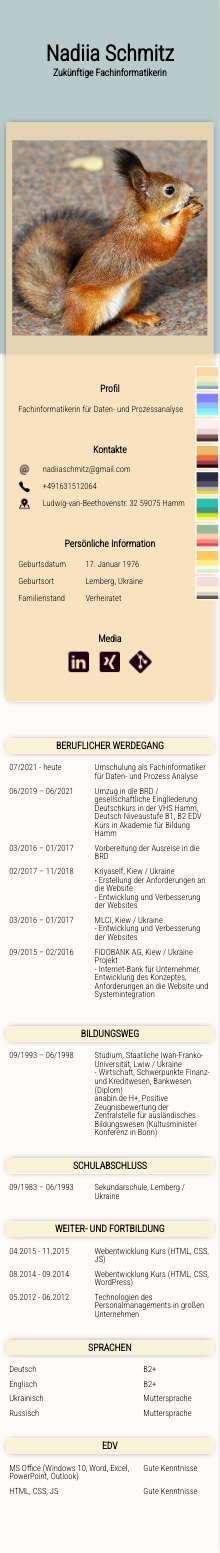
Repository: NadiaSchmitz/lebenslauf.nschmitz.githab.io
Page: index.html
The author's editor kept a record of every edit. The page is drawn from the files as they stood at one moment, then again after the next edit.
The browser window is 360 px wide. The pictures show the whole page, at 61% of full size.

Above is the page before.

### index.html
<!DOCTYPE html>
<html>

<head>
  <meta charset="utf-8" />
  <title>Lebenslauf Nadiia Schmitz</title>
  <link rel="stylesheet" href="./styles/reset.css" type="text/css" />
  <link rel="stylesheet" href="./styles/style.css" type="text/css" />
  <link rel="stylesheet" href="./styles/icons.css" type="text/css" />
  <meta name="viewport" content="width=device-width, initial-scale=1.0">
  <link rel="preconnect" href="https://fonts.googleapis.com">
  <link rel="preconnect" href="https://fonts.gstatic.com" crossorigin>
  <link href="https://fonts.googleapis.com/css2?family=Roboto+Condensed:wght@300&display=swap" rel="stylesheet">
  <link rel="shortcut icon" href="images/favicon.png" type="image/x-icon">
  <script src="https://ajax.googleapis.com/ajax/libs/jquery/2.2.0/jquery.min.js"></script>
  <script type="text/javascript" src="./js/colors.js"></script>
</head>

<body>
  <section class="wrapper">
    <section class="inner_wrapper">
      <div class="content_wrapper">
        <header class="header">
          <div class="header_text">
            <h1>Nadiia Schmitz</h1>
            <h2>Zukünftige Fachinformatikerin</h2>
          </div>
        </header>
        <div class="color_schema_buttons_wrapper">
          <div id="pistachios" class="color_schema_button pistachios" title="pistachios"></div>
          <div id="sea" class="color_schema_button sea" title="sea"></div>
          <div id="cappuchino" class="color_schema_button cappuchino" title="cappuchino"></div>
          <div id="autumn" class="color_schema_button autumn" title="autumn"></div>
          <div id="bvb" class="color_schema_button bvb" title="bvb"></div>
          <div id="lime" class="color_schema_button lime" title="lime"></div>
          <div id="summer" class="color_schema_button summer" title="summer"></div>
          <div id="sun" class="color_schema_button sun" title="sun"></div>
          <div id="pastel" class="color_schema_button pastel" title="pastel"></div>
        </div>
        <div class="lebenslauf_wrapper">
          <div class="sidebar sidebar_left">
            <div class="sidebar_foto"></div>
            <div class="sidebar_content">
              <div class="sidebar_content_item profile">
                <h3>Profil</h3>
                <table>
                  <tr>
                    <td col="2">Fachinformatikerin für Daten- und Prozessanalyse</td>
                  </tr>
                </table>
              </div>
              <div class="sidebar_content_item contacts">
                <h3>Kontakte</h3>
                <table>
                  <tr>
                    <td>
                      <span class="sidebar_content_item_icon contacts_email"></span>
                    </td>
                    <td>nadiiaschmitz@gmail.com</td>
                  </tr>
                  <tr>
                    <td>
                      <span class="sidebar_content_item_icon contacts_phone"></span>
                    </td>
                    <td>+491631512064</td>
                  </tr>
                  <tr>
                    <td>
                      <span class="sidebar_content_item_icon contacts_adress"></span>
                    </td>
                    <td>Ludwig-van-Beethovenstr. 32 59075 Hamm</td>
                  </tr>
                </table>
              </div>
              <div class="sidebar_content_item personal">
                <h3>Persönliche Information</h3>
                <table>
                  <tr>
                    <td>Geburtsdatum</td>
                    <td>17. Januar 1976</td>
                  </tr>
                  <tr>
                    <td>Geburtsort</td>
                    <td>Lemberg, Ukraine</td>
                  </tr>
                  <tr>
                    <td>Familienstand</td>
                    <td>Verheiratet</td>
                  </tr>
                </table>
              </div>
              <div class="sidebar_content_item social">
                <h3>Media</h3>
                <table>
                  <tr>
                    <td><a href="https://www.linkedin.com/in/nadiia-schmitz-93491722" class="linkedin" target="_blank"></a></td>
                    <td><a href="https://www.xing.com/profile/Nadiia_Schmitz3" class="xing" target="_blank"></a></td>
                    <td><a href="https://github.com/NadiaSchmitz" class="git" target="_blank"></a></td>
                  </tr>
                </table>
              </div>
            </div>
          </div>
          <div class="sidebar sidebar_right">
            <div class="sidebar_right_content">
              <div class="sidebar_right_content_item">
                <h4>BERUFLICHER WERDEGANG</h4>
                <table>
                  <tr>
                    <td>07/2021 - heute</td>
                    <td>Umschulung als Fachinformatiker für Daten- und Prozess Analyse</td>
                  </tr>
                  <tr>
                    <td>06/2019 – 06/2021</td>
                    <td>Umzug in die BRD / gesellschaftliche Eingliederung Deutschkurs in der VHS Hamm, Deutsch Niveaustufe B1, B2 EDV Kurs in Akademie für Bildung Hamm
                    </td>
                  </tr>
                  <tr>
                    <td>03/2016 – 01/2017</td>
                    <td>Vorbereitung der Ausreise in die BRD</td>
                  </tr>
                  <tr>
                    <td>02/2017 – 11/2018</td>
                    <td>
                      <span class="employer">Kriyaself, Kiew / Ukraine</span>
                      <ul>
                        <li>- Erstellung der Anforderungen an die Website</li>
                        <li>- Entwicklung und Verbesserung der Websites</li>
                      </ul>
                    </td>
                  </tr>
                  <tr>
                    <td>03/2016 – 01/2017</td>
                    <td>
                      <span class="employer">MLCI, Kiew / Ukraine</span>
                      <ul>
                        <li>- Entwicklung und Verbesserung der Websites</li>
                      </ul>
                    </td>
                  </tr>
                  <tr>
                    <td>09/2015 – 02/2016</td>
                    <td>
                      <span class="employer">FIDOBANK AG, Kiew / Ukraine</span>
                      <ul>
                        Projekt
                        <li>- Internet-Bank für Unternehmer. Entwicklung des Konzeptes, Anforderungen an die Website und Systemintegration</li>
                      </ul>
                    </td>
                  </tr>
                  <tr>
                    <td></td>
                    <td></td>
                  </tr>
                </table>
              </div>
              <div class="sidebar_right_content_item">
                <h4>BILDUNGSWEG</h4>
                <table>
                  <tr>
                    <td>09/1993 – 06/1998</td>
                    <td>Studium, Staatliche Iwan-Franko-Universität, Lwiw / Ukraine
                      <ul>
                        <li>- Wirtschaft, Schwerpunkte Finanz- und Kreditwesen, Bankwesen (Diplom)</li>
                        <li>anabin.de H+, Positive Zeugnisbewertung der Zentralstelle für ausländisches Bildungswesen (Kultusminister Konferenz in Bonn)</li>
                      </ul>
                    </td>
                  </tr>
                </table>
              </div>
              <div class="sidebar_right_content_item">
                <h4>SCHULABSCHLUSS</h4>
                <table>
                  <tr>
                    <td>09/1983 – 06/1993</td>
                    <td>Sekundarschule, Lemberg / Ukraine</td>
                  </tr>
                </table>
              </div>
              <div class="sidebar_right_content_item">
                <h4>WEITER- UND FORTBILDUNG</h4>
                <table>
                  <tr>
                    <td>04.2015 - 11.2015</td>
                    <td>Webentwicklung Kurs (HTML, CSS, JS)</td>
                  </tr>
                  <tr>
                    <td>08.2014 - 09.2014</td>
                    <td>Webentwicklung Kurs (HTML, CSS, WordPress)</td>
                  </tr>
                  <tr>
                    <td>05.2012 - 06.2012</td>
                    <td>Technologien des Personalmanagements in großen Unternehmen</td>
                  </tr>
                </table>
              </div>
              <div class="sidebar_right_content_item lang">
                <h4>SPRACHEN</h4>
                <table>
                  <tr>
                    <td>Deutsch</td>
                    <td>B2+</td>
                  </tr>
                  <tr>
                    <td>Englisch</td>
                    <td>B2+</td>
                  </tr>
                  <tr>
                    <td>Ukrainisch</td>
                    <td>Muttersprache</td>
                  </tr>
                  <tr>
                    <td>Russisch</td>
                    <td>Muttersprache</td>
                  </tr>
                </table>
              </div>
              <div class="sidebar_right_content_item edv">
                <h4>EDV</h4>
                <table>
                  <tr>
                    <td>MS Office (Windows 10, Word, Excel, PowerPoint, Outlook)</td>
                    <td>Gute Kenntnisse</td>
                  </tr>
                  <tr>
                    <td>HTML, CSS, JS</td>
                    <td>Gute Kenntnisse</td>
                  </tr>
                </table>
              </div>
            </div>
          </div>
        </div>
      </div>
    </section>
  </section>
</body>

</html>

### styles/reset.css
html, body, div, span, applet, object, iframe,
h1, h2, h3, h4, h5, h6, p, blockquote, pre,
a, abbr, acronym, address, big, cite, code,
del, dfn, em, img, ins, kbd, q, s, samp,
small, strike, strong, sub, sup, tt, var,
b, u, i, center,
dl, dt, dd, ol, ul, li,
fieldset, form, label, legend,
table, caption, tbody, tfoot, thead, tr, th, td,
article, aside, canvas, details, embed,
figure, figcaption, footer, header, hgroup,
menu, nav, output, ruby, section, summary,
time, mark, audio, video {
	margin: 0;
	padding: 0;
	box-sizing: border-box;
	border: 0;
	font-size: 100%;
	font: inherit;
	vertical-align: baseline;
}
/* HTML5 display-role reset for older browsers */
article, aside, details, figcaption, figure,
footer, header, hgroup, menu, nav, section {
	display: block;
}
body {
	line-height: 1;
}
ol, ul {
	list-style: none;
}
blockquote, q {
	quotes: none;
}
blockquote:before, blockquote:after,
q:before, q:after {
	content: '';
	content: none;
}
table {
	border-collapse: collapse;
	border-spacing: 0;
}

### styles/style.css
html {
  font-family: 'Roboto Condensed', sans-serif;
  background-color: #efeae5;
}

.wrapper {}

.inner_wrapper {
  width: 980px;
  margin: 70px auto;
}

@media only screen and (max-width: 1080px) {
  .inner_wrapper {
    width: 900px;
    margin: 30px auto;
  }
}

@media only screen and (max-width: 900px) {
  .inner_wrapper {
    width: 100%;
    margin: 0;
  }
}

.content_wrapper {
  position: relative;
  background-color: #fffbf8;
  -webkit-box-shadow: 0px 0px 12px -5px rgba(0, 0, 0, 0.75);
  -moz-box-shadow: 0px 0px 12px -5px rgba(0, 0, 0, 0.75);
  box-shadow: 0px 0px 12px -5px rgba(0, 0, 0, 0.75);
}

.header {
  height: 330px;
  background-color: rgb(135 170 170 / 59%);
  -webkit-box-shadow: 0px 0px 12px -5px rgba(0, 0, 0, 0.75);
  -moz-box-shadow: 0px 0px 12px -5px rgba(0, 0, 0, 0.75);
  box-shadow: 0px 0px 12px -5px rgba(0, 0, 0, 0.75);
}

@media only screen and (max-width: 1080px) {
  .header {
    height: 280px;
  }
}

@media only screen and (max-width: 900px) {
  .header {
    height: 580px;
    padding: 60px 0 0 0;
  }
}

@media only screen and (max-width: 480px) {
  .header {
    padding: 70px 0 0 0;
  }
}

.header_text {
  margin: 0 0 0 420px;
  padding: 120px 0 0 0;
}

@media only screen and (max-width: 1080px) {
  .header_text {
    margin: 0 0 0 380px;
    padding: 100px 0 0 0;
  }
}

@media only screen and (max-width: 900px) {
  .header_text {
    text-align: center;
    margin: 0;
    padding: 0;
  }
}

h1 {
  color: #000000;
  font-size: 60px;
  margin: 0 0 5px 0;
}

@media only screen and (max-width: 900px) {
  h1 {
    font-size: 50px;
  }
}

@media only screen and (max-width: 480px) {
  h1 {
    font-size: 36px;
    font-weight: 700;
  }
}

h2 {
  color: #000000;
  font-size: 20px;
  font-weight: 600;
}

@media only screen and (max-width: 480px) {
  h2 {
    font-size: 16px;
  }
}

.sidebar {
  display: inline-block;
  vertical-align: top;
}

@media only screen and (max-width: 900px) {
  .lebenslauf_wrapper {
    padding: 0 30px 30px 30px;
  }
}

@media only screen and (max-width: 480px) {
  .lebenslauf_wrapper {
    padding: 0 15px 15px 15px;
  }
}

@media only screen and (max-width: 360px) {
  .lebenslauf_wrapper {
    padding: 0 10px 10px 10px;
  }
}

.sidebar_left {
  width: 280px;
  height: 1500px;
  background-color: rgb(246 215 167 / 68%);
  -webkit-box-shadow: 0px 0px 12px -5px rgba(0, 0, 0, 0.75);
  -moz-box-shadow: 0px 0px 12px -5px rgba(0, 0, 0, 0.75);
  box-shadow: 0px 0px 12px -5px rgba(0, 0, 0, 0.75);
  margin: -280px 0 0 50px;
}

@media only screen and (max-width: 1080px) {
  .sidebar_left {
    width: 250px;
    margin: -250px 0 0 30px;
  }
}

@media only screen and (max-width: 900px) {
  .sidebar_left {
    width: 100%;
    height: auto;
    margin: -380px 0 0 0;
  }
}

.sidebar_foto {
  width: 280px;
  height: 280px;
  background-image: url(../images/foto.jpg);
  background-position: 50%;
  background-size: cover;
}

@media only screen and (max-width: 1080px) {
  .sidebar_foto {
    width: 250px;
    height: 250px;
  }
}

@media only screen and (max-width: 900px) {
  .sidebar_foto {
    width: 350px;
    height: 350px;
    margin: 30px auto 0;
  }
}

@media only screen and (max-width: 480px) {
  .sidebar_foto {
    width: 320px;
    height: 320px;
  }
}

@media only screen and (max-width: 360px) {
  .sidebar_foto {
    width: 320px;
    height: 320px;
  }
}

.sidebar_content {
  padding: 55px 30px 30px 30px;
}

@media only screen and (max-width: 1080px) {
  .sidebar_content {
    padding: 45px 20px 20px 20px;
  }
}

@media only screen and (max-width: 900px) {
  .sidebar_content {
    padding: 50px 20px 20px 20px;
  }
}

@media only screen and (max-width: 480px) {
  .sidebar_content {
    padding: 80px 20px 20px 20px;
  }
}

.sidebar_content_item {
  margin: 0 0 30px 0;
  padding: 0 0 15px 0;
}

.sidebar_content_item:last-of-type {
  border-bottom: 1px solid transparent;
  margin: 0;
}

h3 {
  color: #000000;
  font-size: 16px;
  font-weight: 600;
  text-align: center;
  margin: 0 0 10px 0;
}

.sidebar_content_item table td {
  height: 28px;
  font-size: 16px;
  line-height: 28px;
}

@media only screen and (max-width: 360px) {
  .sidebar_content_item table td {
    font-size: 14px;
  }
}

.profile table td {
  width: 100%;
}

.contacts table td:nth-of-type(1) {
  width: 40px;
}

.personal table td:nth-of-type(1) {
  width: 110px;
}

.social table {
  margin: 0 auto;
}

.social table td {
  width: 33%;
  padding: 0 5px 0 5px;
}

.social table td a {
  display: inline-block;
  width: 40px;
  height: 40px;
  background-size: contain;
  background-position: 50%;
  cursor: pointer;
}

.sidebar_content_item_icon {
  display: inline-block;
  vertical-align: middle;
  width: 20px;
  height: 20px;
  background-size: contain;
  background-position: 50%;
}

.sidebar_right {
  width: calc(100% - 280px - 60px);
  padding: 55px 35px 35px 35px;
}

@media only screen and (max-width: 1080px) {
  .sidebar_right {
    width: calc(100% - 250px - 35px);
    padding: 40px 75px 20px 20px;
  }
}

@media only screen and (max-width: 900px) {
  .sidebar_right {
    width: 100%;
    padding: 40px 20px 50px 20px;
  }
}

@media only screen and (max-width: 480px) {
  .sidebar_right {
    width: 100%;
    padding: 60px 0 50px 0;
  }
}

.sidebar_right_content_item {
  margin: 0 0 30px 0;
}

.sidebar_right_content_item h4 {
  color: #000000;
  font-size: 16px;
  font-weight: 600;
  text-align: center;
  background-color: rgb(246 234 190 / 54%);
  -webkit-box-shadow: 0px 0px 12px -5px rgba(0, 0, 0, 0.75);
  -moz-box-shadow: 0px 0px 12px -5px rgba(0, 0, 0, 0.75);
  box-shadow: 0px 0px 12px -5px rgba(0, 0, 0, 0.75);
  margin: 0 0 10px 0;
  padding: 5px;
}

.sidebar_right_content_item table tr td {
  font-size: 16px;
  padding: 5px;
}

@media only screen and (max-width: 360px) {
  .sidebar_right_content_item table tr td {
    font-size: 14px;
  }
}

.sidebar_right_content_item table tr td:nth-of-type(1) {
  width: 140px;
}

.edv {
  width: 100%;
}

.lang table tr td:nth-of-type(1),
.edv table tr td:nth-of-type(1) {
  width: 220px;
}

.color_schema_buttons_wrapper {
  position: absolute;
  right: -48px;
  top: 370px;
}

@media only screen and (max-width: 1080px) {
  .color_schema_buttons_wrapper {
    right: 0;
    top: 282px;
  }
}

@media only screen and (max-width: 900px) {
  .color_schema_buttons_wrapper {
    right: 0;
    top: 600px;
  }
}

.color_schema_button {
  width: 50px;
  height: 50px;
  background-position: 50%;
  background-size: contain;
  border: 2px solid #fffbf8;
  margin: 0 0 3px 0;
}

@media only screen and (max-width: 1080px) {
  .color_schema_button {
    width: 40px;
    height: 40px;
  }
}

.pistachios {
  background-image: url(../images/pistachios.png);
}

.sea {
  background-image: url(../images/sea.png);
}

.cappuchino {
  background-image: url(../images/cappuchino.png);
}

.autumn {
  background-image: url(../images/autumn.png);
}

.bvb {
  background-image: url(../images/bvb.png);
}

.lime {
  background-image: url(../images/lime.png);
}

.summer {
  background-image: url(../images/summer.png);
}

.sun {
  background-image: url(../images/sun.png);
}

.pastel {
  background-image: url(../images/pastel.png);
}

### js/colors.js
var colorSchemeArray = [];
colorSchemeArray = [{
    schemeName: "standart",
    colorHeader: "rgb(135 170 170 / 59%)",
    colorSidebarLeft: "rgb(246 215 167 / 68%)",
    colorTopic: "rgb(246 234 190 / 54%)"
  },

  {
    schemeName: "sea",
    colorHeader: "rgb(124 131 253 / 58%)",
    colorSidebarLeft: "rgba(125, 237, 255, 0.53)",
    colorTopic: "rgb(150 186 255 / 52%)"
  },

  {
    schemeName: "cappuchino",
    colorHeader: "rgba(131, 88, 88, 0.7)",
    colorSidebarLeft: "#EBD4D4",
    colorTopic: "#FFF0F0"
  },

  {
    schemeName: "autumn",
    colorHeader: "rgb(156 61 84 / 76%)",
    colorSidebarLeft: "rgb(226 112 58 / 62%)",
    colorTopic: "rgb(238 183 107 / 75%)"
  },

  {
    schemeName: "bvb",
    colorHeader: "#595260",
    colorSidebarLeft: "#FFD523",
    colorTopic: "#B2B1B9",
  },

  {
    schemeName: "lime",
    colorHeader: "rgb(46 193 172 / 51%)",
    colorSidebarLeft: "rgb(210 230 3 / 49%)",
    colorTopic: "rgb(239 244 142 / 53%)",
  },

  {
    schemeName: "summer",
    colorHeader: "rgb(255 132 124 / 85%)",
    colorSidebarLeft: "rgb(153 184 152 / 65%)",
    colorTopic: "#FECEAB",
  },

  {
    schemeName: "sun",
    colorHeader: "#FFEC85",
    colorSidebarLeft: "#C9F0D6",
    colorTopic: "#F2FFDF",
  },

  {
    schemeName: "pastel",
    colorHeader: "#F7DAD9",
    colorSidebarLeft: "#FFF5DA",
    colorTopic: "#D6D2C4",
  }
]

// console.log(colorSchemeArray.length)

$(document).ready(function() {
  $(".color_schema_button").click(function() {
    var buttonId = $(this).attr('id');
    console.log(buttonId);
    for (var i = 0; i < colorSchemeArray.length; i++) {
      console.log(colorSchemeArray[i].schemeName)
      if (buttonId == colorSchemeArray[i].schemeName) {
        var styleId = i;
        $('.header').css('backgroundColor', colorSchemeArray[styleId].colorHeader);
        $('.sidebar_left').css('backgroundColor', colorSchemeArray[styleId].colorSidebarLeft);
        $('h4').css('backgroundColor', colorSchemeArray[styleId].colorTopic);
      }
    }
  });
})

Loaded but not shown: styles/icons.css (library)

After the next edit:
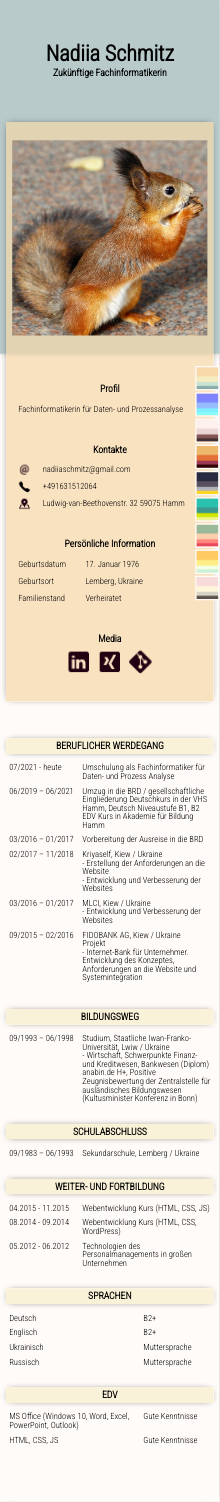
The edit:
--- a/styles/style.css
+++ b/styles/style.css
@@ -344,6 +344,12 @@
   width: 140px;
 }
 
+@media only screen and (max-width: 360px) {
+  .sidebar_right_content_item table tr td:nth-of-type(1) {
+    width: 120px;
+  }
+}
+
 .edv {
   width: 100%;
 }
